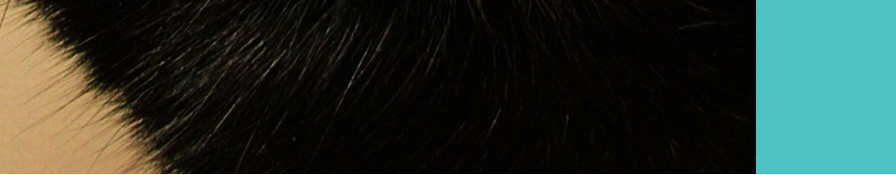
Repository: SktYzu/gatitu
Page: index.html
The author's editor kept a copy of each file at every save. The page is drawn from the files as they stood at one save, then again after a run of saves.
The browser window is 1280 px wide. The pictures show the part of the page from y = 4145 to 6065 px (the page is 4395 px tall before and 10155 px after), at 70% of full size.

Above is the page before, as saved 2023-11-27 15:26:53.

After the next 2 saves:
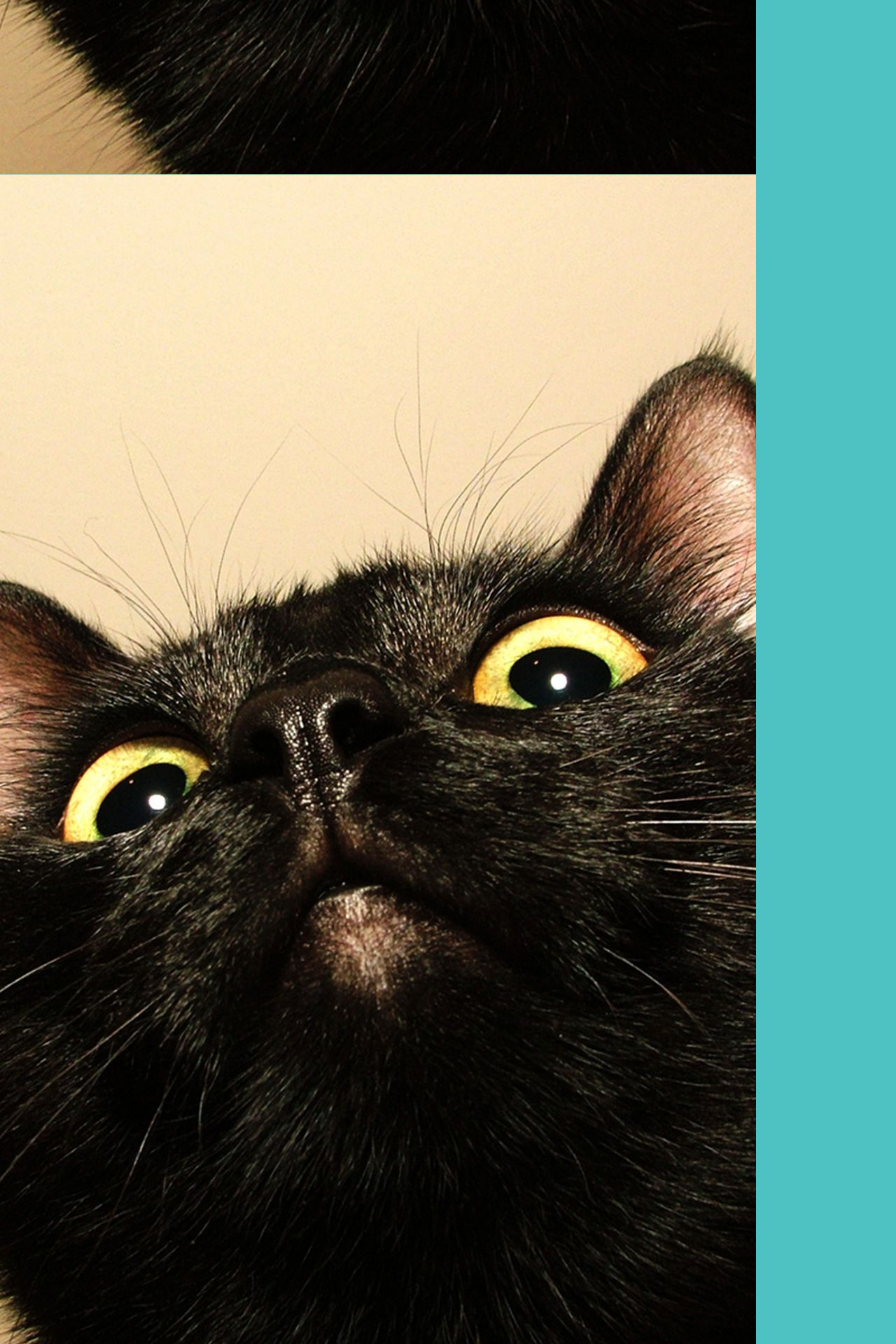
The 2 saves are shown as one change because they came seconds apart.
The last was saved 83 s later.
--- a/index.html
+++ b/index.html
@@ -26,6 +26,9 @@
     <img src="4.jpg" class="img-fluid" alt="...">
     <img src="5.jpg" class="img-fluid" alt="...">
     <img src="6.jpg" class="img-fluid" alt="...">
+    <img src="6.jpg" class="img-fluid" alt="...">
+    <img src="6.jpg" class="img-fluid" alt="...">
+    <img src="6.jpg" class="img-fluid" alt="...">
 </body>
 
 </html>
